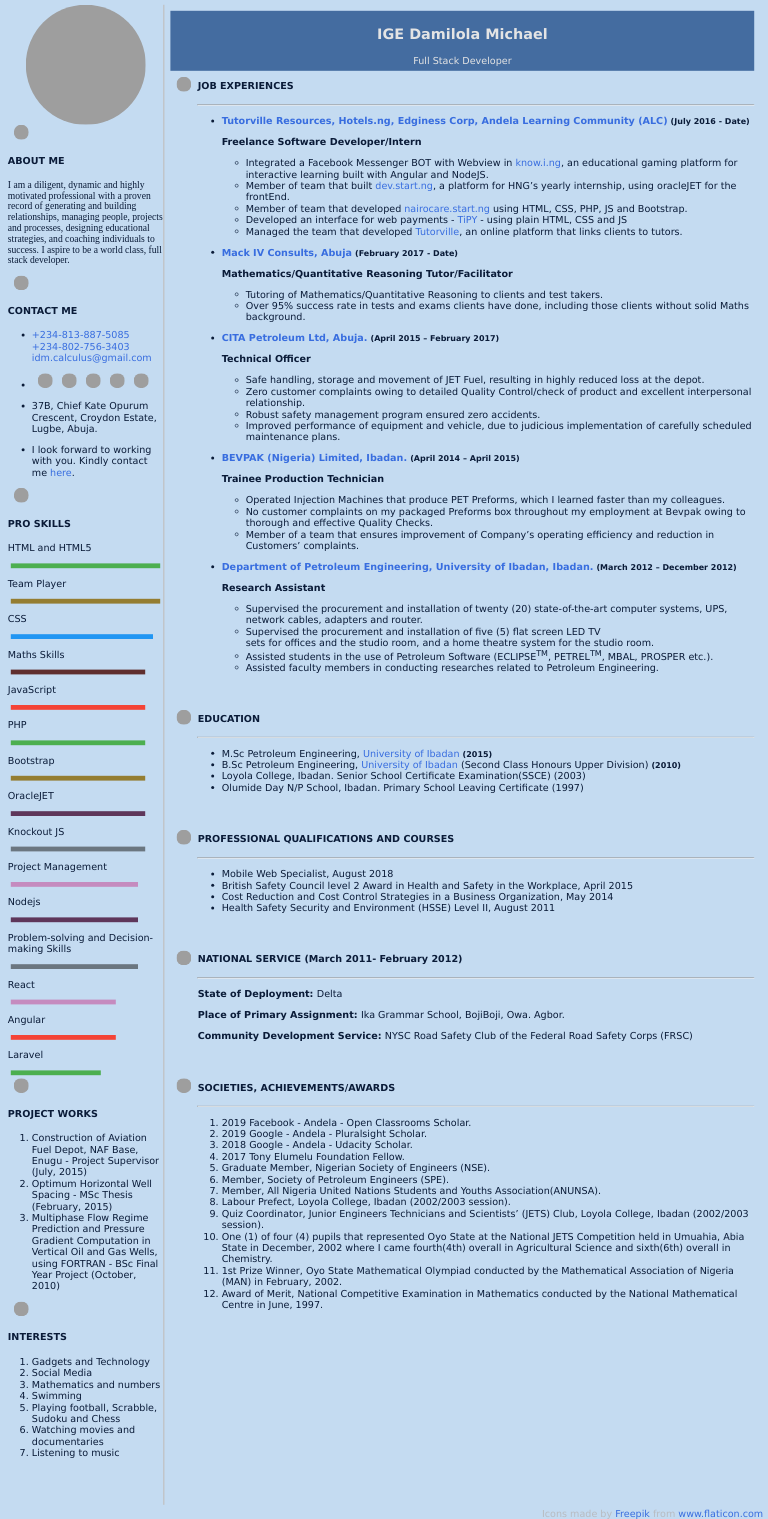
Repository: idmcalculus/DamilolaCV
Page: index.html
An editor plug-in stored every save of this project. The page is shown before and after the next save, followed by the edit.
The browser window is 1280 px wide. The pictures show the whole page, at 60% of full size.
Pictures or frames that could not be fetched are drawn as grey boxes.

Above is the page before, as saved 2019-11-18 21:30:20.

### index.html
<!DOCTYPE html>
<html lang="en">
  <head>
    <meta charset="UTF-8" />
    <meta name="viewport" content="width=device-width, initial-scale=1" />
    <meta http-equiv="X-UA-Compatible" content="ie=edge" />
    <meta name="keywords" content="Damilola Michael Ige's resume, resume of Ige Damilola Michael,
     Damilola Michael Ige, Damilola's resume, Ige's resume, Damilola Michael Ige's CV"/>
    <meta name="description" content="Damilola's resume or CV, is a document summarizing Damilola Ige's
    personal, professional and educational development in chronological order."/>
    <link href="data:[embedded picture, 1901 characters]" rel="icon" type="image/x-icon" />
    <link rel="stylesheet" href="style.css" />
    <title>Damilola's Resume</title>
  </head>

  <body>
    <div class="container">
      <div class="side">
        <div>
          <div class="profile-pix">
            <img
              src="https://res.cloudinary.com/idmcalculus/image/upload/v1566587963/IMG-20190804-WA0002_to0bl3.jpg"
              alt="Damilola's picture"
            />
          </div>
          <div class="profile">
            <img
              src="https://res.cloudinary.com/kayode/image/upload/v1566971345/235-2354657_pick-me-comments-me-icon-white-png_jkb7na.jpg"
              alt="icon"
            />
            <div class="profile-wordings">
              <h4>ABOUT ME</h4>
              <p id="about">
                I am a diligent, dynamic and highly motivated professional with a proven record of generating
                and building relationships, managing people, projects and processes, designing educational
                strategies, and coaching individuals to success. I aspire to be a world class, full stack developer.
              </p>
            </div>
          </div>
        </div>
        <div>
          <div class="profile">
            <img
              src="https://res.cloudinary.com/idmcalculus/image/upload/v1567673501/1915638_ln0e1k.png"
              alt="icon"
            />
          </div>
          <div class="profile-wordings">
            <h4>CONTACT ME</h4>
            <ul>
              <li>
                <p>
                  <span><a href="tel:+2348138875085" target="_blank">+234-813-887-5085</a></span></br>
                  <span><a href="tel:+2348027563403" target="_blank">+234-802-756-3403</a></span></br>
                  <span><a href="mailto:idm.calculus@gmail.com" target="_blank">idm.calculus@gmail.com</a></span>
                </p>
              </li>
              <li>
                <p>
                  <span class="profile"><a href="https://www.linkedin.com/in/idmcalculus" target="_blank">
                      <img src="https://res.cloudinary.com/idmcalculus/image/upload/v1567078814/linkedin_nawncg.png"
                      alt="@idmcalculus"></a></span>
                  <span class="profile"><a href="http://github.com/idmcalculus" target="_blank">
                      <img src="https://res.cloudinary.com/idmcalculus/image/upload/v1567091706/github_myyj8k.png"
                      alt="@idmcalculus"> </a></span>
                  <span class="profile"><a href="http://facebook.com/idmcalculus" target="_blank">
                      <img src="https://res.cloudinary.com/idmcalculus/image/upload/v1567078814/facebook_o0mfuf.png"
                      alt="@idmcalculus"/></a>
                  </span>
                  <span class="profile"><a href="http://twitter.com/gmatngre_tutor" target="_blank">
                    <img src="https://res.cloudinary.com/idmcalculus/image/upload/v1567078815/twitter_najoia.png"
                      alt="@gmatngre_tutor"/></a>
                  </span>
                  <span class="profile"><a href="http://instagram.com/idmcalculus" target="_blank">
                    <img src="https://res.cloudinary.com/idmcalculus/image/upload/v1567078814/instagram_sg1ayt.png"
                      alt="@idmcalculus"/></a>
                  </span>
                </p>
              </li>
              <li>
                <p>37B, Chief Kate Opurum Crescent, Croydon Estate, Lugbe, Abuja.</p>
              </li>
              <li>
                <p>I look forward to working with you. Kindly contact me <a href="contactme.html" target="_blank">here</a>.</p>
              </li>
            </ul>
          </div>
        </div>
        <div>
          <div class="profile">
            <img
              src="https://res.cloudinary.com/idmcalculus/image/upload/v1567673758/1120311_pwpidf.png"
              alt="icon"
            />
          </div>
          <div class="profile-wordings">
            <h4>PRO SKILLS</h4>
            <p class="skillname">HTML and HTML5</p>
                    <div class="container">
                        <div class="skills html"></div>
                    </div>
                    <p class="skillname">Team Player</p>
                    <div class="container">
                        <div class="skills teamplay"></div>
                    </div>

                    <p class="skillname">CSS</p>
                    <div class="container">
                        <div class="skills css"></div>
                    </div>
                    <p class="skillname">Maths Skills</p>
                    <div class="container">
                      <div class="skills maths"></div>
                    </div>
                    <p class="skillname">JavaScript</p>
                    <div class="container">
                      <div class="skills js"></div>
                    </div>
                    <p class="skillname">PHP</p>
                    <div class="container">
                      <div class="skills php"></div>
                    </div>
                    <p class="skillname">Bootstrap</p>
                    <div class="container">
                      <div class="skills bs"></div>
                    </div>
                    <p class="skillname">OracleJET</p>
                    <div class="container">
                      <div class="skills ojet"></div>
                    </div>
                    <p class="skillname">Knockout JS</p>
                    <div class="container">
                      <div class="skills ko"></div>
                    </div>
                    <p class="skillname">Project Management</p>
                    <div class="container">
                      <div class="skills project"></div>
                    </div>
                    <p class="skillname">Nodejs</p>
                    <div class="container">
                      <div class="skills nodejs"></div>
                    </div>
                    <p class="skillname">Problem-solving and Decision-making Skills</p>
                    <div class="container">
                        <div class="skills psdm"></div>
                    </div>
                    <p class="skillname">React</p>
                    <div class="container">
                      <div class="skills react"></div>
                    </div>
                    <p class="skillname">Angular</p>
                    <div class="container">
                      <div class="skills angular"></div>
                    </div>
                    <p class="skillname">Laravel</p>
                    <div class="container">
                      <div class="skills lara"></div>
                    </div>
          </div>
        </div>
        <div>
          <div class="profile">
            <img
              src="https://res.cloudinary.com/idmcalculus/image/upload/v1567673951/business-and-finance_otltgi.png"
              alt="icon"
            />
          </div>
          <div class="profile-wordings">
            <h4>PROJECT WORKS</h4>
            <ol>
              <li>Construction of Aviation Fuel Depot, NAF Base, Enugu - Project Supervisor (July, 2015)</li>
              <li>Optimum Horizontal Well Spacing - MSc Thesis (February, 2015)</li>
              <li>Multiphase Flow Regime Prediction and Pressure Gradient Computation in Vertical Oil and Gas Wells, using FORTRAN - BSc Final Year Project (October, 2010)</li>
          </ol>
          </div>
        </div>
        <div>
          <div class="profile">
            <img
              src="https://res.cloudinary.com/idmcalculus/image/upload/v1567673758/1120311_pwpidf.png"
              alt="icon"
            />
          </div>
          <div class="profile-wordings">
            <h4>INTERESTS</h4>
            <ol>
              <li>Gadgets and Technology</li>
              <li>Social Media</li>
              <li>Mathematics and numbers</li>
              <li>Swimming</li>
              <li>Playing football, Scrabble, Sudoku and Chess</li>
              <li>Watching movies and documentaries</li>
              <li>Listening to music</li>
          </ol>
          </div>
        </div>
      </div>
      <div class="vertical-line"></div>
      <div class="main">
        <div class="main-section">
          <div class="name">
            <div>
              <h2>IGE Damilola Michael</h2>
              <p>Full Stack Developer</p>
            </div>
          </div>
          <div class="profile-pix-mobile">
            <img
              src="https://res.cloudinary.com/idmcalculus/image/upload/v1566587963/IMG-20190804-WA0002_to0bl3.jpg"
              alt="Damilola's picture"
            />
          </div>
          <div>
            <div class="experience-img">
              <img
                src="https://res.cloudinary.com/idmcalculus/image/upload/v1567079491/portfolio_xrwlbz.png"
                alt=""
              />
            </div>
            <div class="experience">
              <h4>JOB EXPERIENCES</h4>
              <hr />
              <ul>
                <li>
                    <p>
                        <span class="prior" style="color: rgb(56, 109, 223);"><strong>Tutorville Resources, Hotels.ng, Edginess Corp, Andela Learning Community (ALC)</strong></span>
                        <span><small><b> (July 2016 - Date)</b> </small></span>
                      </p>
                      <p>
                        <b>Freelance Software Developer/Intern</b>
                        <ul>
                            <li>Integrated a Facebook Messenger BOT with Webview in <a href="https://know.i.ng/" target="_blank">know.i.ng</a>, an educational gaming platform for interactive learning built with Angular and NodeJS.</li>
                            <li>Member of team that built <a href="https://dev.start.ng/" target="_blank">dev.start.ng</a>, a platform for HNG’s yearly internship, using oracleJET for the frontEnd.</li>
                            <li>Member of team that developed <a href="https://nairocare.start.ng/" target="_blank">nairocare.start.ng</a> using HTML, CSS, PHP, JS and Bootstrap.</li>
                            <li>Developed an interface for web payments - <a href="https://github.com/idmcalculus/TiPY" target="_blank">TiPY</a> - using plain HTML, CSS and JS</li>
                            <li>Managed the team that developed <a href="https://tutorville.com.ng" target="_blank">Tutorville</a>, an online platform that links clients to tutors.</li>
                        </ul>
                      </p>
                    </p>
                </li>
                <li>
                  <p>
                    <span class="prior"><strong><a href="https://examplanet.com/" target="_blank">Mack IV Consults, Abuja</a></strong></span>
                    <span><small><b> (February 2017 - Date)</b> </small></span>
                  </p>
                  <p>
                    <b>Mathematics/Quantitative Reasoning Tutor/Facilitator</b>
                    <ul>
                        <li>Tutoring of Mathematics/Quantitative Reasoning to clients and test takers.</li>
                        <li>Over 95% success rate in tests and exams clients have done, including those clients without solid Maths background.</li>
                    </ul>
                  </p>
                </li>
                <li>
                  <p>
                    <span class="prior"><strong><a href="http://citapetroleum.com/" target="_blank">CITA Petroleum Ltd, Abuja.</a></strong></span>
                    <b><small> (April 2015 – February 2017)</small></b>
                  </p>
                  <p>
                    <b>Technical Officer</b>
                    <ul>
                        <li>Safe handling, storage and movement of JET Fuel, resulting in highly reduced loss at the depot.</li>
                        <li>Zero customer complaints owing to detailed Quality Control/check of product and excellent interpersonal relationship.</li>
                        <li>Robust safety management program ensured zero accidents.</li>
                        <li>Improved performance of equipment and vehicle, due to judicious implementation of carefully scheduled maintenance plans.</li>
                    </ul>
                  </p>
                </li>
                <li>
                    <span class="prior"><strong><a href="http://www.bevpaknigeria.com/en/index.html" target="_blank">BEVPAK (Nigeria) Limited, Ibadan.</a></span></strong>
                    <b> <small> (April 2014 – April 2015)</small></b>
                  <p>
                    <b> Trainee Production Technician</b>
                    <ul>
                        <li>Operated Injection Machines that produce PET Preforms, which I learned faster than my colleagues.</li>
                        <li>No customer complaints on my packaged Preforms box throughout my employment at Bevpak owing to thorough and effective Quality Checks.</li>
                        <li>Member of a team that ensures improvement of Company’s operating efficiency and reduction in Customers’ complaints.</li>
                    </ul>
                  </p>
                </li>
                <li>
                    <span class="prior"><strong><a href="http://tech.ui.edu.ng/welcomepet" target="_blank">Department of Petroleum Engineering, University of Ibadan, Ibadan.</a></span></strong>
                    <b> <small> (March 2012 – December 2012)</small></b>
                  <p>
                    <b> Research Assistant</b>
                    <ul>
                        <li>Supervised the procurement and installation of twenty (20) state-of-the-art computer systems, UPS, network cables, adapters and router.</li>
                        <li>Supervised the procurement and installation of five (5) flat screen LED TV </br>
                            sets for offices and the studio room, and a home theatre system for the studio room.</li>
                        <li>Assisted students in the use of Petroleum Software (ECLIPSE<sup>TM</sup>, PETREL<sup>TM</sup>, MBAL, PROSPER etc.).</li>
                        <li>Assisted faculty members in conducting researches related to Petroleum Engineering.</li>
                    </ul>
                  </p>
                </li>
              </ul>
            </div>
          </div>
          <div>
            <div class="experience-img">
              <img
                src="https://res.cloudinary.com/idmcalculus/image/upload/v1567079258/university_ori3oo.png"
                alt="icon"
              />
            </div>
            <div class="experience">
              <h4>EDUCATION</h4>
              <hr />
              <ul>
                <p>
                    <li>M.Sc Petroleum Engineering, <a href="http://www.ui.edu.ng/" target="_blank">University of Ibadan</a> <small><b>(2015)</b></small></li>
                    <li>B.Sc Petroleum Engineering, <a href="http://www.ui.edu.ng/" target="_blank">University of Ibadan</a>
                        (Second Class Honours Upper Division) <small><b>(2010)</b></small></li>
                    <li>Loyola College, Ibadan. Senior School Certificate Examination(SSCE) (2003)</li>
                    <li>Olumide Day N/P School, Ibadan. Primary School Leaving Certificate (1997)</li>
                </p>
              </ul>
            </div>
          </div>
          <div>
            <div class="experience-img">
              <img
                src="https://res.cloudinary.com/idmcalculus/image/upload/v1567079258/university_ori3oo.png"
                alt="icon"
              />
            </div>
            <div class="experience">
              <h4>PROFESSIONAL QUALIFICATIONS AND COURSES</h4>
              <hr />
              <ul>
                  <li>Mobile Web Specialist, August 2018</li>
                  <li>British Safety Council level 2 Award in Health and Safety in the Workplace, April 2015</li>
                  <li>Cost Reduction and Cost Control Strategies in a Business Organization, May 2014</li>
                  <li>Health Safety Security and Environment (HSSE) Level II, August 2011</li>
              </ul>
            </div>
            <div class="experience-img">
                <img
                  src="https://res.cloudinary.com/idmcalculus/image/upload/v1567078815/police_axsdag.png"
                  alt="icon"
                />
            </div>
            <div class="experience">
                <h4>NATIONAL SERVICE (March 2011- February 2012)</h4>
                <hr />
                <p><strong>State of Deployment: </strong> Delta</p>
                <p><strong>Place of Primary Assignment: </strong> Ika Grammar School, BojiBoji, Owa. Agbor.</p>
                <p><strong>Community Development Service: </strong> NYSC Road Safety Club of the Federal Road Safety Corps (FRSC)</p>
            </div>
            <div class="experience-img">
                <img
                  src="https://res.cloudinary.com/idmcalculus/image/upload/v1567079139/trophy_a7erex.png"
                  alt="icon"
                />
            </div>
            <div class="experience">
                <h4>SOCIETIES, ACHIEVEMENTS/AWARDS</h4>
                <hr />
                <ol>
                    <li>2019 Facebook - Andela - Open Classrooms Scholar.</li>
                    <li>2019 Google - Andela - Pluralsight Scholar.</li>
                    <li>2018 Google - Andela - Udacity Scholar.</li>
                    <li>2017 Tony Elumelu Foundation Fellow.</li>
                    <li>Graduate Member, Nigerian Society of Engineers (NSE).</li>
                    <li>Member, Society of Petroleum Engineers (SPE).</li>
                    <li>Member, All Nigeria United Nations Students and Youths Association(ANUNSA).</li>
                    <li>Labour Prefect, Loyola College, Ibadan (2002/2003 session).</li>
                    <li>Quiz Coordinator, Junior Engineers Technicians and Scientists’ (JETS)
                        Club, Loyola College, Ibadan (2002/2003 session).</li>
                    <li>One (1) of four (4) pupils that represented Oyo State at the National JETS
                        Competition held in Umuahia, Abia State in December, 2002 where I came
                        fourth(4th) overall in Agricultural Science and sixth(6th) overall in Chemistry.</li>
                    <li>1st Prize Winner, Oyo State Mathematical Olympiad conducted by the
                        Mathematical Association of Nigeria (MAN) in February, 2002.</li>
                    <li>Award of Merit, National Competitive Examination in Mathematics conducted by the
                        National Mathematical Centre in June, 1997.</li>
                </ol>
            </div>
          </div>
        </div>
      </div>
    </div>
    <div class="flaticon">Icons made by <a href="https://www.flaticon.com/authors/freepik" title="Freepik">Freepik</a> from <a href="https://www.flaticon.com/"         title="Flaticon">www.flaticon.com</a></div>
  </body>
</html>

### style.css
* {
  box-sizing: border-box;
  -moz-box-sizing: border-box;
  -o-box-sizing: border-box;
  -ms-box-sizing: border-box;
  -webkit-box-sizing: border-box;
}
body {
  font-family: Verdana, Geneva, Tahoma, sans-serif;
  font-size: medium;
  background: rgb(196, 219, 241);
  color: rgb(10, 27, 56);
  width: auto;
}
a {
  color: rgb(56, 109, 223);
  text-decoration: none;
}
.container {
  width: auto;
  margin: 5px 5px;
  display: flex;
  flex-direction: row;
  justify-content: flex-start;
}
.container .side {
  display: flex;
  flex-direction: column;
  width: 40%
}
.container .main {
  display: flex;
  flex-direction: column;
}
.profile-pix img {
  top: 20px;
  border-radius: 50%;
  display: block;
  margin: auto;
  height: 200px;
  width: 200px;
}
.profile-pix-mobile{
  display: none;
}
.profile img {
  width: 25px;
  height: 25px;
  border-radius: 12px;
  margin-left: 10px;
}
.profile-wordings {
  padding: 0px;
  margin: 0px;
}
.icons {
  width: 25px;
  height: 25px;
  margin: 10px 10px;
}
.main-section {
  margin: 10px;
}
div .name {
  background: #446ca0;
  color: #e4e4e4;
  text-align: center;
  height: 100px;
  width: 100%;
}
.name div {
  padding: 5px;
}
.experience {
  margin-left: 45px;
  position: relative;
  bottom: 35px;
}
.experience-img img {
  width: 25px;
  height: 25px;
  border-radius: 12px;
  margin-left: 10px;
  position: relative;
  bottom: -10px;
}
.prior {
  color: lightseagreen;
}
.skillname .container {
  background-color: #ddd;
  width: 500px;
}
.skills {
  height: 0.5em;
  text-align: center;
  padding: 0px;
  margin: 0px;
  border: none;
  color: white;
  width: 100%;
}
.html {
  width: 100%;
  background-color: #4caf50;
}
.teamplay {
  width: 100%;
  background-color: rgb(148, 125, 49);
}
.css {
  width: 95%;
  background-color: #2196f3;
}
.js {
  width: 90%;
  background-color: #f44336;
}
.maths {
  width: 90%;
  background-color: #5f2e2e;
}
.php {
  width: 90%;
  background-color: #4caf50;
}
.bs {
  width: 90%;
  background-color: rgb(148, 125, 49);
}
.ojet {
  width: 90%;
  background-color: #5e365a;
}
.ko {
  width: 90%;
  background-color: #6b7680;
}
.react {
  width: 70%;
  background-color: #c58bbf;
}
.angular {
  width: 70%;
  background-color: #f44336;
}
.lara {
  width: 60%;
  background-color: #4caf50;
}
.project {
  width: 85%;
  background-color: #c58bbf;
}
.nodejs {
  width: 85%;
  background-color: #5e365a;
}
.psdm {
  width: 85%;
  background-color: #6b7680;
}
.skillname {
  text-align: left;
  height: 10%;
}
.flaticon {
  bottom: 5px;
  float: right;
  color: rgb(184, 187, 192);
}
.vertical-line {
  border-right: 2px solid silver;
  height: 2500px;
}
#about {
  font-family: "Times New Roman", Times, serif;
}

@media screen and (max-width: 768px) {
  .container {
    margin: 0px;
    width: auto;
    display: flex;
    flex-direction: column;
    flex-flow: column-reverse;
    justify-content: flex-start;
  }

  #about {
    font-family: Verdana, Geneva, Tahoma, sans-serif;
  }

  .name {
    /*position: absolute;
    top: 2px;*/
    width: 90%;
  }

  .vertical-line {
    display: none;
  }

  .profile-pix img {
    display: none;
  }

  .profile-pix-mobile {
    display: block;
  }

  .profile-pix-mobile img {
    border-radius: 50%;
    display: block;
    margin: 5px auto;
    padding: 10px;
    height: 200px;
    width: 200px;
  }

  .container .side {
    width: 100%;
  }

  .container .main {
    width: 100%;
  }
}

After the next save:
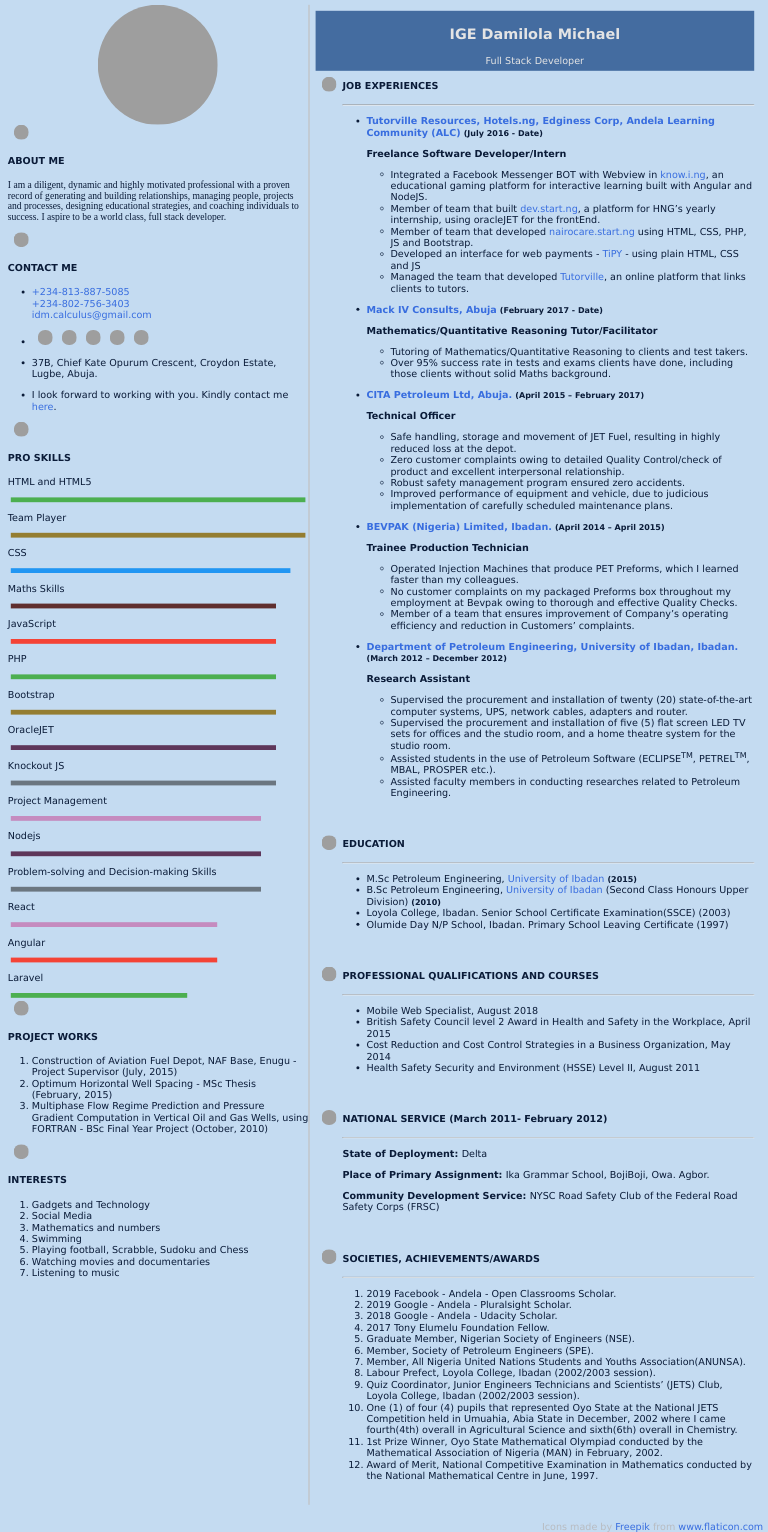
Saved 24 s later.
--- a/style.css
+++ b/style.css
@@ -31,6 +31,7 @@
 .container .main {
   display: flex;
   flex-direction: column;
+  width: 60%
 }
 .profile-pix img {
   top: 20px;
